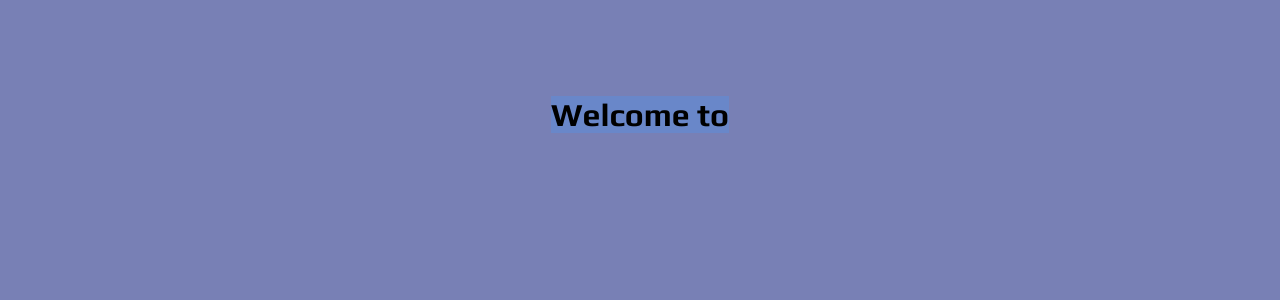
Repository: shaelorch/typeytalkey
Page: /
An editor plug-in stored every save of this project. The page is shown before and after a run of saves, followed by the edit.
The browser window is 1280 px wide. The pictures show the whole page.
The project was rebuilt for these pictures with package versions that can differ from the ones it lists, and the page was loaded fresh each time. The framework's server and built-in components were replaced by stand-ins that run in the browser. Also part of the build but not shown: next.config.js.

Above is the page before, as saved 2023-02-24 14:26:51.

### src/pages/index.js
import Head from 'next/head'
import Image from 'next/image'
import { Inter } from '@next/font/google'
import styles from '@/styles/Home.module.css'

const inter = Inter({ subsets: ['latin'] })

export default function Home() {
  return (
    <>
      <Head>
        <title>Create Next App</title>
        <meta name="description" content="Generated by create next app" />
        <meta name="viewport" content="width=device-width, initial-scale=1" />
        <link rel="icon" href="/favicon.ico" />
      </Head>
      <main className={styles.main}>
        <div style={{backgroundColor:"#6987C9"}}>
        <h1>Welcome to  </h1>
        </div>

      </main>
    </>
  )
}

### src/styles/globals.css
@import url('https://fonts.googleapis.com/css2?family=Play:wght@400;700&display=swap');

:root {
  --max-width: 1100px;
  --border-radius: 12px;
  --font-mono: ui-monospace, Menlo, Monaco, 'Cascadia Mono', 'Segoe UI Mono',
    'Roboto Mono', 'Oxygen Mono', 'Ubuntu Monospace', 'Source Code Pro',
    'Fira Mono', 'Droid Sans Mono', 'Courier New', monospace;

  --foreground-rgb: 0, 0, 0;
  --background-start-rgb: 214, 219, 220;
  --background-end-rgb: 255, 255, 255;

  --primary-glow: conic-gradient(
    from 180deg at 50% 50%,
    #16abff33 0deg,
    #0885ff33 55deg,
    #54d6ff33 120deg,
    #0071ff33 160deg,
    transparent 360deg
  );
  --secondary-glow: radial-gradient(
    rgba(255, 255, 255, 1),
    rgba(255, 255, 255, 0)
  );

  --tile-start-rgb: 239, 245, 249;
  --tile-end-rgb: 228, 232, 233;
  --tile-border: conic-gradient(
    #00000080,
    #00000040,
    #00000030,
    #00000020,
    #00000010,
    #00000010,
    #00000080
  );

  --callout-rgb: 238, 240, 241;
  --callout-border-rgb: 172, 175, 176;
  --card-rgb: 180, 185, 188;
  --card-border-rgb: 131, 134, 135;
}

@media (prefers-color-scheme: dark) {
  :root {
    --foreground-rgb: 255, 255, 255;
    --background-start-rgb: 0, 0, 0;
    --background-end-rgb: 0, 0, 0;

    --primary-glow: radial-gradient(rgba(1, 65, 255, 0.4), rgba(1, 65, 255, 0));
    --secondary-glow: linear-gradient(
      to bottom right,
      rgba(1, 65, 255, 0),
      rgba(1, 65, 255, 0),
      rgba(1, 65, 255, 0.3)
    );

    --tile-start-rgb: 2, 13, 46;
    --tile-end-rgb: 2, 5, 19;
    --tile-border: conic-gradient(
      #ffffff80,
      #ffffff40,
      #ffffff30,
      #ffffff20,
      #ffffff10,
      #ffffff10,
      #ffffff80
    );

    --callout-rgb: 20, 20, 20;
    --callout-border-rgb: 108, 108, 108;
    --card-rgb: 100, 100, 100;
    --card-border-rgb: 200, 200, 200;
  }
}

* {
  box-sizing: border-box;
  padding: 0;
  margin: 0;
}

html,
body {
  max-width: 100vw;
  overflow-x: hidden;
}

body {
  color: rgb(var(--foreground-rgb));
  background: linear-gradient(
      to bottom,
      transparent,
      rgb(var(--background-end-rgb))
    )
    rgb(var(--background-start-rgb));
}

a {
  color: inherit;
  text-decoration: none;
}

@media (prefers-color-scheme: dark) {
  html {
    color-scheme: dark;
  }
}

### src/styles/Home.module.css
.main {
  display: flex;
  flex-direction: column;
  justify-content: space-between;
  align-items: center;
  padding: 6rem;
  background-color: #7880B5;
  font-family:play, sans-serif;
  min-height: 100vh;
}

.serverCont {

  display:flex;
    height:50px;
    margin-bottom:20px;
    margin-top:20px;
    color:white;
    width:60%;
    font-weight:bold;
    font-family: play, sans-serif;
    padding:10px;
    border-bottom:1px solid white;
    width:100%;

}
.description {
  display: inherit;
  justify-content: inherit;
  align-items: inherit;
  font-size: 0.85rem;
  max-width: var(--max-width);
  width: 100%;
  z-index: 2;
  font-family: var(--font-mono);
}

.description a {
  display: flex;
  justify-content: center;
  align-items: center;
  gap: 0.5rem;
}

.description p {
  position: relative;
  margin: 0;
  padding: 1rem;
  background-color: rgba(var(--callout-rgb), 0.5);
  border: 1px solid rgba(var(--callout-border-rgb), 0.3);
  border-radius: var(--border-radius);
}

.code {
  font-weight: 700;
  font-family: var(--font-mono);
}

.grid {
  display: grid;
  grid-template-columns: repeat(4, minmax(25%, auto));
  width: var(--max-width);
  max-width: 100%;
}

.card {
  padding: 1rem 1.2rem;
  border-radius: var(--border-radius);
  background: rgba(var(--card-rgb), 0);
  border: 1px solid rgba(var(--card-border-rgb), 0);
  transition: background 200ms, border 200ms;
}

.card span {
  display: inline-block;
  transition: transform 200ms;
}

.card h2 {
  font-weight: 600;
  margin-bottom: 0.7rem;
}

.card p {
  margin: 0;
  opacity: 0.6;
  font-size: 0.9rem;
  line-height: 1.5;
  max-width: 30ch;
}

.center {
  display: flex;
  justify-content: center;
  align-items: center;
  position: relative;
  padding: 4rem 0;
}

.center::before {
  background: var(--secondary-glow);
  border-radius: 50%;
  width: 480px;
  height: 360px;
  margin-left: -400px;
}

.center::after {
  background: var(--primary-glow);
  width: 240px;
  height: 180px;
  z-index: -1;
}

.center::before,
.center::after {
  content: '';
  left: 50%;
  position: absolute;
  filter: blur(45px);
  transform: translateZ(0);
}

.logo,
.thirteen {
  position: relative;
}

.thirteen {
  display: flex;
  justify-content: center;
  align-items: center;
  width: 75px;
  height: 75px;
  padding: 25px 10px;
  margin-left: 16px;
  transform: translateZ(0);
  border-radius: var(--border-radius);
  overflow: hidden;
  box-shadow: 0px 2px 8px -1px #0000001a;
}

.thirteen::before,
.thirteen::after {
  content: '';
  position: absolute;
  z-index: -1;
}

/* Conic Gradient Animation */
.thirteen::before {
  animation: 6s rotate linear infinite;
  width: 200%;
  height: 200%;
  background: var(--tile-border);
}

/* Inner Square */
.thirteen::after {
  inset: 0;
  padding: 1px;
  border-radius: var(--border-radius);
  background: linear-gradient(
    to bottom right,
    rgba(var(--tile-start-rgb), 1),
    rgba(var(--tile-end-rgb), 1)
  );
  background-clip: content-box;
}

/* Enable hover only on non-touch devices */
@media (hover: hover) and (pointer: fine) {
  .card:hover {
    background: rgba(var(--card-rgb), 0.1);
    border: 1px solid rgba(var(--card-border-rgb), 0.15);
  }

  .card:hover span {
    transform: translateX(4px);
  }
}

@media (prefers-reduced-motion) {
  .thirteen::before {
    animation: none;
  }

  .card:hover span {
    transform: none;
  }
}

/* Mobile */
@media (max-width: 700px) {
  .content {
    padding: 4rem;
  }

  .grid {
    grid-template-columns: 1fr;
    margin-bottom: 120px;
    max-width: 320px;
    text-align: center;
  }

  .card {
    padding: 1rem 2.5rem;
  }

  .card h2 {
    margin-bottom: 0.5rem;
  }

  .center {
    padding: 8rem 0 6rem;
  }

  .center::before {
    transform: none;
    height: 300px;
  }

  .description {
    font-size: 0.8rem;
  }

  .description a {
    padding: 1rem;
  }

  .description p,
  .description div {
    display: flex;
    justify-content: center;
    position: fixed;
    width: 100%;
  }

  .description p {
    align-items: center;
    inset: 0 0 auto;
    padding: 2rem 1rem 1.4rem;
    border-radius: 0;
    border: none;
    border-bottom: 1px solid rgba(var(--callout-border-rgb), 0.25);
    background: linear-gradient(
      to bottom,
      rgba(var(--background-start-rgb), 1),
      rgba(var(--callout-rgb), 0.5)
    );
    background-clip: padding-box;
    backdrop-filter: blur(24px);
  }

  .description div {
    align-items: flex-end;
    pointer-events: none;
    inset: auto 0 0;
    padding: 2rem;
    height: 200px;
    background: linear-gradient(
      to bottom,
      transparent 0%,
      rgb(var(--background-end-rgb)) 40%
    );
    z-index: 1;
  }
}

/* Tablet and Smaller Desktop */
@media (min-width: 701px) and (max-width: 1120px) {
  .grid {
    grid-template-columns: repeat(2, 50%);
  }
}

@media (prefers-color-scheme: dark) {
  .vercelLogo {
    filter: invert(1);
  }

  .logo,
  .thirteen img {
    filter: invert(1) drop-shadow(0 0 0.3rem #ffffff70);
  }
}

@keyframes rotate {
  from {
    transform: rotate(360deg);
  }
  to {
    transform: rotate(0deg);
  }
}

Loaded but not shown: src/pages/_app.js (common file); src/pages/_document.js (common file)

After the next 2 saves:
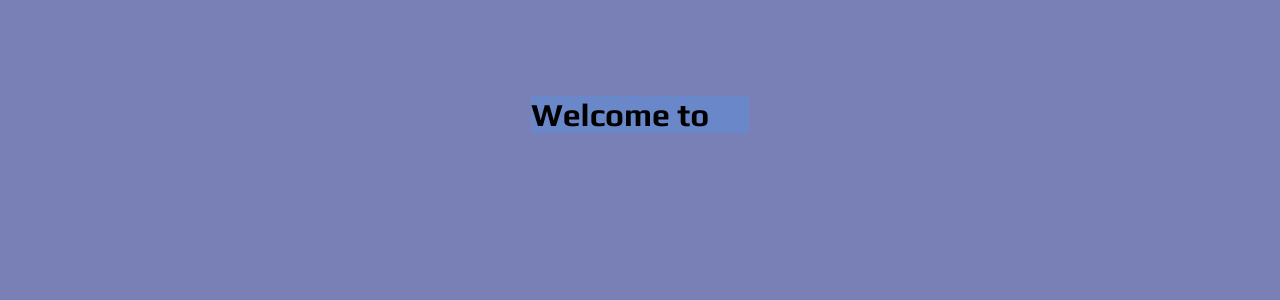
The 2 saves are shown as one change because 1 did not build or start.
The last was saved 14 s later.
--- a/src/pages/index.js
+++ b/src/pages/index.js
@@ -15,7 +15,7 @@
         <link rel="icon" href="/favicon.ico" />
       </Head>
       <main className={styles.main}>
-        <div style={{backgroundColor:"#6987C9"}}>
+        <div style={{backgroundColor:"#6987C9", width:"20%"}}>
         <h1>Welcome to  </h1>
         </div>
 
